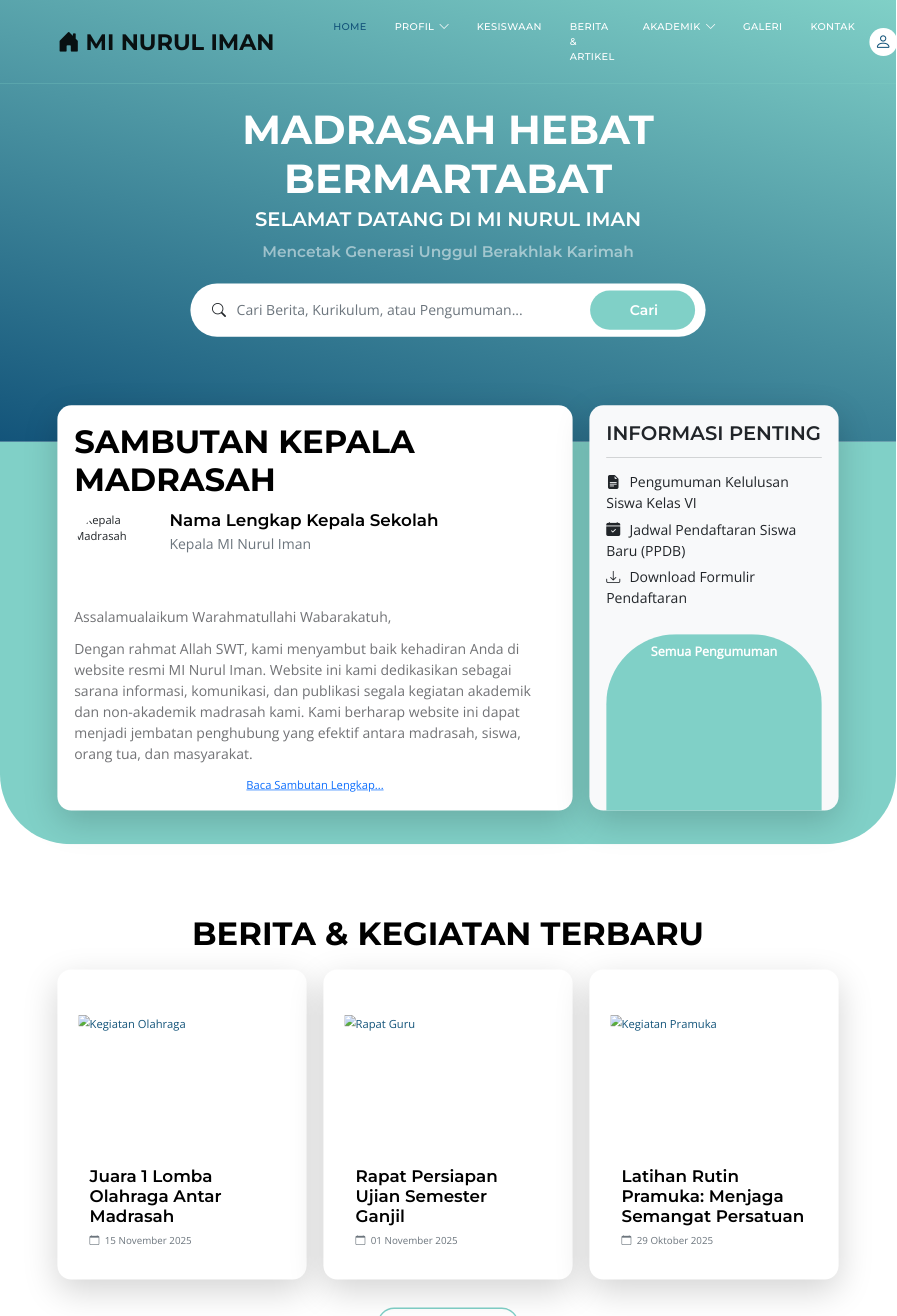
Repository: MKennyChaniago/sekolah-mi-nurul-iman
Page: http://localhost/
An editor plug-in stored every save of this project. The page is shown before and after the next save, followed by the edit.
The browser window is 1280 px wide. The page is 1282 px wide, so the pictures cover 1282 px, including what lies to the right of the window. The pictures show the part of the page from y = 0 to 1880 px (the page is 4553 px tall before and 4625 px after), at 70% of full size.
The page is served by the project's Laravel application, run on PHP 8.4 with Laravel 12. Other server files are loaded and not shown.

Above is the page before, as saved 2025-11-24 08:12:32.
Console error: TypeError: Cannot read properties of undefined (reading 'top')

### routes/web.php
<?php

// routes/web.php

use Illuminate\Support\Facades\Route;
use App\Http\Controllers\HomeController;
// use App\Http\Controllers\AdminController; // Akan digunakan nanti

// Route Utama (Home)
Route::get('/', [HomeController::class, 'index'])->name('home');

// Route untuk Halaman Daftar Berita/Artikel (Topics Listing)
Route::get('/berita', function () {
    return view('berita.listing');
})->name('berita.listing');

// Route untuk Halaman Detail Berita/Artikel (Topics Detail)
// {slug} adalah parameter dinamis yang akan menentukan artikel mana yang dibuka
Route::get('/berita/{slug}', function ($slug) {
    return view('berita.detail', compact('slug'));
})->name('berita.detail');

// Route untuk Halaman Kontak Mandiri (Contact Form)
Route::get('/kontak', function () {
    return view('kontak');
})->name('kontak');

// Route Login Admin
Route::get('/admin/login', function () {
    return view('admin.login');
})->name('admin.login');

### resources/views/home.blade.php
@extends('layouts.frontend')

@section('title', 'Beranda')

@section('content')

    <section class="hero-section d-flex justify-content-center align-items-center" id="section_1">
        <div class="container">
            <div class="row">
                <div class="col-lg-8 col-12 mx-auto">
                    <h1 class="text-white text-center">MADRASAH HEBAT BERMARTABAT</h1>
                    <h4 class="text-white text-center">SELAMAT DATANG DI MI NURUL IMAN</h4>
                    <h6 class="text-center text-white-50 mt-3">Mencetak Generasi Unggul Berakhlak Karimah</h6>

                    <form method="get" class="custom-form mt-4 pt-2 mb-lg-0 mb-5" action="#" role="search">
                        <div class="input-group input-group-lg">
                            <span class="input-group-text bi-search" id="basic-addon1"></span>
                            <input name="keyword" type="search" class="form-control" id="keyword" placeholder="Cari Berita, Kurikulum, atau Pengumuman..." aria-label="Search">
                            <button type="submit" class="form-control">Cari</button>
                        </div>
                    </form>

                </div>
            </div>
        </div>
    </section>

    <section class="featured-section py-5">
        <div class="container">
            <div class="row justify-content-center">

                <div class="col-lg-8 col-12 mb-4 mb-lg-0">
                    <div class="custom-block bg-white shadow-lg p-4">
                        <h2 class="mb-3">SAMBUTAN KEPALA MADRASAH</h2>
                        <div class="d-flex mb-3">
                            <img src="{{ asset('images/kepala-madrasah.jpg') }}" class="img-fluid me-3 rounded-circle" style="width: 120px; height: 120px; object-fit: cover;" alt="Kepala Madrasah">
                            <div>
                                <h5 class="mb-1">Nama Lengkap Kepala Sekolah</h5>
                                <p class="text-muted">Kepala MI Nurul Iman</p>
                            </div>
                        </div>

                        <p>Assalamualaikum Warahmatullahi Wabarakatuh,</p>
                        <p>Dengan rahmat Allah SWT, kami menyambut baik kehadiran Anda di website resmi MI Nurul Iman. Website ini kami dedikasikan sebagai sarana informasi, komunikasi, dan publikasi segala kegiatan akademik dan non-akademik madrasah kami. Kami berharap website ini dapat menjadi jembatan penghubung yang efektif antara madrasah, siswa, orang tua, dan masyarakat.</p>
                        <a href="#" class="btn btn-link p-0">Baca Sambutan Lengkap...</a>
                    </div>
                </div>

                <div class="col-lg-4 col-12">
                    <div class="custom-block custom-block-overlay p-4 bg-light shadow-lg">
                        <h4 class="mb-3 text-dark">INFORMASI PENTING</h4>
                        <hr>
                        <ul class="list-unstyled">
                             <li><a href="#" class="text-dark d-block py-1"><i class="bi-file-earmark-text-fill me-2"></i> Pengumuman Kelulusan Siswa Kelas VI</a></li>
                             <li><a href="#" class="text-dark d-block py-1"><i class="bi-calendar-check-fill me-2"></i> Jadwal Pendaftaran Siswa Baru (PPDB)</a></li>
                             <li><a href="#" class="text-dark d-block py-1"><i class="bi-download me-2"></i> Download Formulir Pendaftaran</a></li>
                        </ul>
                        <a href="#" class="btn custom-btn btn-sm mt-3">Semua Pengumuman</a>
                    </div>
                </div>

            </div>
        </div>
    </section>

    <section class="explore-section section-padding bg-white" id="berita-artikel">
        <div class="container">
            <div class="row">
                <div class="col-12 text-center">
                    <h2 class="mb-4">BERITA & KEGIATAN TERBARU</h2>
                </div>
            </div>
        </div>

        <div class="container">
            <div class="row">
                <div class="col-12">
                    <div class="row">
                        <div class="col-lg-4 col-md-6 col-12 mb-4">
                            <div class="custom-block bg-white shadow-lg">
                                <a href="#">
                                    <img src="{{ asset('images/berita/kegiatan-olahraga.jpg') }}" class="custom-block-image img-fluid" alt="Kegiatan Olahraga">
                                    <div class="d-flex p-3">
                                        <div>
                                            <h5 class="mb-2">Juara 1 Lomba Olahraga Antar Madrasah</h5>
                                            <p class="mb-0 text-muted small"><i class="bi-calendar me-1"></i> 15 November 2025</p>
                                        </div>
                                    </div>
                                </a>
                            </div>
                        </div>
                        <div class="col-lg-4 col-md-6 col-12 mb-4">
                            <div class="custom-block bg-white shadow-lg">
                                <a href="#">
                                    <img src="{{ asset('images/berita/rapat-guru.jpg') }}" class="custom-block-image img-fluid" alt="Rapat Guru">
                                    <div class="d-flex p-3">
                                        <div>
                                            <h5 class="mb-2">Rapat Persiapan Ujian Semester Ganjil</h5>
                                            <p class="mb-0 text-muted small"><i class="bi-calendar me-1"></i> 01 November 2025</p>
                                        </div>
                                    </div>
                                </a>
                            </div>
                        </div>
                        <div class="col-lg-4 col-md-6 col-12 mb-4">
                            <div class="custom-block bg-white shadow-lg">
                                <a href="#">
                                    <img src="{{ asset('images/berita/pramuka.jpg') }}" class="custom-block-image img-fluid" alt="Kegiatan Pramuka">
                                    <div class="d-flex p-3">
                                        <div>
                                            <h5 class="mb-2">Latihan Rutin Pramuka: Menjaga Semangat Persatuan</h5>
                                            <p class="mb-0 text-muted small"><i class="bi-calendar me-1"></i> 29 Oktober 2025</p>
                                        </div>
                                    </div>
                                </a>
                            </div>
                        </div>

                        <div class="col-12 text-center mt-3">
                             <a href="#" class="btn custom-btn custom-border-btn">Lihat Semua Berita</a>
                        </div>
                    </div>
                </div>
            </div>
        </div>
    </section>

    <section class="timeline-section section-padding" id="visi-misi">
        <div class="section-overlay"></div>
        <div class="container">
            <div class="row">
                <div class="col-12 text-center">
                    <h2 class="text-white mb-4">Visi & Misi MI Nurul Iman</h1>
                </div>

                <div class="col-lg-10 col-12 mx-auto">
                    <div class="timeline-container">
                        <ul class="vertical-scrollable-timeline" id="vertical-scrollable-timeline">
                            <div class="list-progress">
                                <div class="inner"></div>
                            </div>

                            <li>
                                <h4 class="text-white mb-3">Visi Madrasah</h4>
                                <p class="text-white">Menjadi madrasah unggul yang melahirkan generasi cerdas, mandiri, dan berakhlak mulia di era digital.</p>
                                <div class="icon-holder">
                                  <i class="bi-brightness-high"></i>
                                </div>
                            </li>

                            <li>
                                <h4 class="text-white mb-3">Misi 1: Keunggulan Akademik</h4>
                                <p class="text-white">Meningkatkan mutu pembelajaran berbasis teknologi untuk mencapai prestasi akademik yang optimal.</p>
                                <div class="icon-holder">
                                  <i class="bi-book"></i>
                                </div>
                            </li>

                            <li>
                                <h4 class="text-white mb-3">Misi 2: Pembentukan Karakter</h4>
                                <p class="text-white">Membentuk peserta didik yang berkarakter islami, memiliki kedisiplinan tinggi, dan bertanggung jawab terhadap lingkungan.</p>
                                <div class="icon-holder">
                                  <i class="bi-people-fill"></i>
                                </div>
                            </li>
                        </ul>
                    </div>
                </div>

                <div class="col-12 text-center mt-5">
                    <a href="#" class="btn custom-btn custom-border-btn ms-3">Lihat Profil Lengkap</a>
                </div>
            </div>
        </div>
    </section>

    <section class="faq-section section-padding" id="galeri">
        <div class="container">
            <div class="row">
                <div class="col-lg-12 col-12 text-center">
                    <h2 class="mb-5">GALERI KEGIATAN</h2>
                </div>

                <div class="col-lg-4 col-md-6 col-12 mb-4">
                    <img src="{{ asset('images/galeri/foto1.jpg') }}" class="img-fluid rounded shadow-sm" alt="Galeri 1">
                </div>
                <div class="col-lg-4 col-md-6 col-12 mb-4">
                    <img src="{{ asset('images/galeri/foto2.jpg') }}" class="img-fluid rounded shadow-sm" alt="Galeri 2">
                </div>
                <div class="col-lg-4 col-md-6 col-12 mb-4">
                    <img src="{{ asset('images/galeri/foto3.jpg') }}" class="img-fluid rounded shadow-sm" alt="Galeri 3">
                </div>

                <div class="col-12 text-center mt-3">
                     <a href="#" class="btn custom-btn custom-border-btn">Lihat Semua Foto & Video</a>
                </div>

            </div>
        </div>
    </section>


    <section class="contact-section section-padding section-bg" id="contact-section">
        <div class="container">
            <div class="row">
                <div class="col-lg-12 col-12 text-center">
                    <h2 class="mb-5">HUBUNGI KAMI</h2>
                </div>

                <div class="col-lg-5 col-12 mb-4 mb-lg-0">
                    <iframe class="google-map" src="https://maps.google.com/maps?q=Nama%20Sekolah%20Anda&t=&z=13&ie=UTF8&iwloc=&output=embed" width="100%" height="350" style="border:0;" allowfullscreen="" loading="lazy" referrerpolicy="no-referrer-when-downgrade"></iframe>
                </div>

                <div class="col-lg-7 col-12 ms-auto">
                    <h4 class="mb-3">MI NURUL IMAN</h4>

                    <p class="d-flex align-items-center mb-2">
                        <i class="bi-geo-alt me-2"></i>
                        Jl. Nama Jalan Sekolah Anda No. XXX, Kota Anda
                    </p>

                    <p class="d-flex align-items-center mb-2">
                        <i class="bi-telephone me-2"></i>
                        <a href="tel:1234567890" class="site-footer-link">123-456-7890 (Telepon Kantor)</a>
                    </p>

                    <p class="d-flex align-items-center mb-2">
                        <i class="bi-envelope me-2"></i>
                        <a href="mailto:info@minuruliman.sch.id" class="site-footer-link">info@minuruliman.sch.id</a>
                    </p>

                    <h4 class="mt-4 mb-3">Media Sosial</h4>
                    <ul class="social-icon">
                        <li class="social-icon-item"><a href="#" class="social-icon-link bi-facebook"></a></li>
                        <li class="social-icon-item"><a href="#" class="social-icon-link bi-twitter"></a></li>
                        <li class="social-icon-item"><a href="#" class="social-icon-link bi-instagram"></a></li>
                        <li class="social-icon-item"><a href="#" class="social-icon-link bi-youtube"></a></li>
                    </ul>
                </div>
            </div>
        </div>
    </section>

@endsection

### resources/views/layouts/frontend.blade.php
<!doctype html>
<html lang="id">
    <head>
        <meta charset="utf-8">
        <meta name="viewport" content="width=device-width, initial-scale=1">

        <meta name="description" content="Website Resmi Madrasah Ibtidaiyah Nurul Iman. Informasi PPDB, Kurikulum, dan Kegiatan Siswa.">
        <meta name="author" content="MI Nurul Iman Developer Team">

        <title>MI Nurul Iman | @yield('title', 'Beranda')</title>

        <link rel="preconnect" href="https://fonts.googleapis.com">
        <link rel="preconnect" href="https://fonts.gstatic.com" crossorigin>

        <link href="https://fonts.googleapis.com/css2?family=Montserrat:wght@500;600;700&family=Open+Sans&display=swap" rel="stylesheet">

        <link href="{{ asset('css/bootstrap.min.css') }}" rel="stylesheet">
        <link href="{{ asset('css/bootstrap-icons.css') }}" rel="stylesheet">
        <link href="{{ asset('css/templatemo-topic-listing.css') }}" rel="stylesheet">

        @yield('styles')
    </head>

    <body id="top">

        <main>

            <nav class="navbar navbar-expand-lg">
                <div class="container">
                    <a class="navbar-brand" href="{{ route('home') }}">
                        <i class="bi-house-door-fill"></i>
                        <span>MI NURUL IMAN</span>
                    </a>

                    <div class="d-lg-none ms-auto me-4">
                        <a href="{{ route('admin.login') }}" class="navbar-icon bi-person smoothscroll" title="Login Admin"></a>
                    </div>

                    <button class="navbar-toggler" type="button" data-bs-toggle="collapse" data-bs-target="#navbarNav" aria-controls="navbarNav" aria-expanded="false" aria-label="Toggle navigation">
                        <span class="navbar-toggler-icon"></span>
                    </button>

                    <div class="collapse navbar-collapse" id="navbarNav">
                        <ul class="navbar-nav ms-lg-5 me-lg-auto">

                            <li class="nav-item">
                                <a class="nav-link click-scroll" href="{{ route('home') }}">HOME</a>
                            </li>

                            <li class="nav-item dropdown">
                                <a class="nav-link dropdown-toggle" href="#" id="profilDropdown" role="button" data-bs-toggle="dropdown" aria-expanded="false">PROFIL</a>
                                <ul class="dropdown-menu dropdown-menu-light" aria-labelledby="profilDropdown">
                                    <li><a class="dropdown-item" href="#">Sejarah Madrasah</a></li>
                                    <li><a class="dropdown-item" href="#">Visi & Misi</a></li>
                                    <li><a class="dropdown-item" href="#">Struktur Organisasi</a></li>
                                </ul>
                            </li>

                            <li class="nav-item">
                                <a class="nav-link click-scroll" href="#">KESISWAAN</a>
                            </li>

                            <li class="nav-item">
                                <a class="nav-link click-scroll" href="#berita-artikel">BERITA & ARTIKEL</a>
                            </li>

                            <li class="nav-item dropdown">
                                <a class="nav-link dropdown-toggle" href="#" id="akademikDropdown" role="button" data-bs-toggle="dropdown" aria-expanded="false">AKADEMIK</a>
                                <ul class="dropdown-menu dropdown-menu-light" aria-labelledby="akademikDropdown">
                                    <li><a class="dropdown-item" href="#">Kurikulum</a></li>
                                    <li><a class="dropdown-item" href="#">Guru & Staff</a></li>
                                    <li><a class="dropdown-item" href="#">Produk Hukum</a></li>
                                </ul>
                            </li>

                            <li class="nav-item">
                                <a class="nav-link click-scroll" href="#galeri">GALERI</a>
                            </li>

                            <li class="nav-item">
                                <a class="nav-link click-scroll" href="#contact-section">KONTAK</a>
                            </li>

                        </ul>

                        <div class="d-none d-lg-block">
                            <a href="{{ route('admin.login') }}" class="navbar-icon bi-person smoothscroll" title="Login Admin"></a>
                        </div>
                    </div>
                </div>
            </nav>
            @yield('content')


        </main>

        <footer class="site-footer section-padding">
            <div class="container">
                <div class="row">

                    <div class="col-lg-3 col-12 mb-4 pb-2">
                        <a class="navbar-brand mb-2" href="{{ route('home') }}">
                            <i class="bi-house-door-fill"></i>
                            <span>MI Nurul Iman</span>
                        </a>
                        <p class="text-white-50 mt-3">Jl. Nama Jalan Sekolah Anda, Kota Anda.</p>
                        <p class="text-white-50">Email: info@minuruliman.sch.id</p>
                    </div>

                    <div class="col-lg-3 col-md-4 col-6">
                        <h6 class="site-footer-title mb-3">Tautan Cepat</h6>
                        <ul class="site-footer-links">
                            <li class="site-footer-link-item"><a href="{{ route('home') }}" class="site-footer-link">Home</a></li>
                            <li class="site-footer-link-item"><a href="#" class="site-footer-link">PPDB Online</a></li>
                            <li class="site-footer-link-item"><a href="#berita-artikel" class="site-footer-link">Berita Terbaru</a></li>
                            <li class="site-footer-link-item"><a href="#contact-section" class="site-footer-link">Kontak</a></li>
                        </ul>
                    </div>

                    <div class="col-lg-3 col-md-4 col-6 mb-4 mb-lg-0">
                        <h6 class="site-footer-title mb-3">Kontak Kami</h6>
                        <p class="text-white d-flex mb-1">
                            <i class="bi-telephone me-2"></i>
                            <a href="tel: 123-456-7890" class="site-footer-link">123-456-7890 (Kantor)</a>
                        </p>
                        <p class="text-white d-flex">
                            <i class="bi-envelope me-2"></i>
                            <a href="mailto:info@minuruliman.sch.id" class="site-footer-link">info@minuruliman.sch.id</a>
                        </p>
                    </div>

                    <div class="col-lg-3 col-md-4 col-12 mt-4 mt-lg-0 ms-auto">
                        <div class="dropdown">
                            <button class="btn btn-secondary dropdown-toggle" type="button" data-bs-toggle="dropdown" aria-expanded="false">
                            Indonesia</button>
                            <ul class="dropdown-menu">
                                <li><button class="dropdown-item" type="button">English</button></li>
                            </ul>
                        </div>

                        <p class="copyright-text mt-lg-5 mt-4">Copyright © {{ date('Y') }} MI Nurul Iman. All rights reserved.
                        <br><br>Design Template: <a rel="nofollow" href="https://templatemo.com" target="_blank">TemplateMo</a></p>

                    </div>

                </div>
            </div>
        </footer>


        <script src="{{ asset('js/jquery.min.js') }}"></script>
        <script src="{{ asset('js/bootstrap.bundle.min.js') }}"></script>
        <script src="{{ asset('js/jquery.sticky.js') }}"></script>
        <script src="{{ asset('js/click-scroll.js') }}"></script>
        <script src="{{ asset('js/custom.js') }}"></script>

        @yield('scripts')
    </body>
</html>

Loaded but not shown: app/Http/Controllers/HomeController.php (common file); app/Http/Controllers/Controller.php (common file); public/css/bootstrap.min.css (library); public/css/bootstrap-icons.css (library); public/js/jquery.min.js (library); public/js/bootstrap.bundle.min.js (library); public/js/jquery.sticky.js (library); public/js/custom.js (51 lines, source omitted); public/js/click-scroll.js (37 lines, source omitted); public/css/templatemo-topic-listing.css (1154 lines, source omitted)

After the next save:
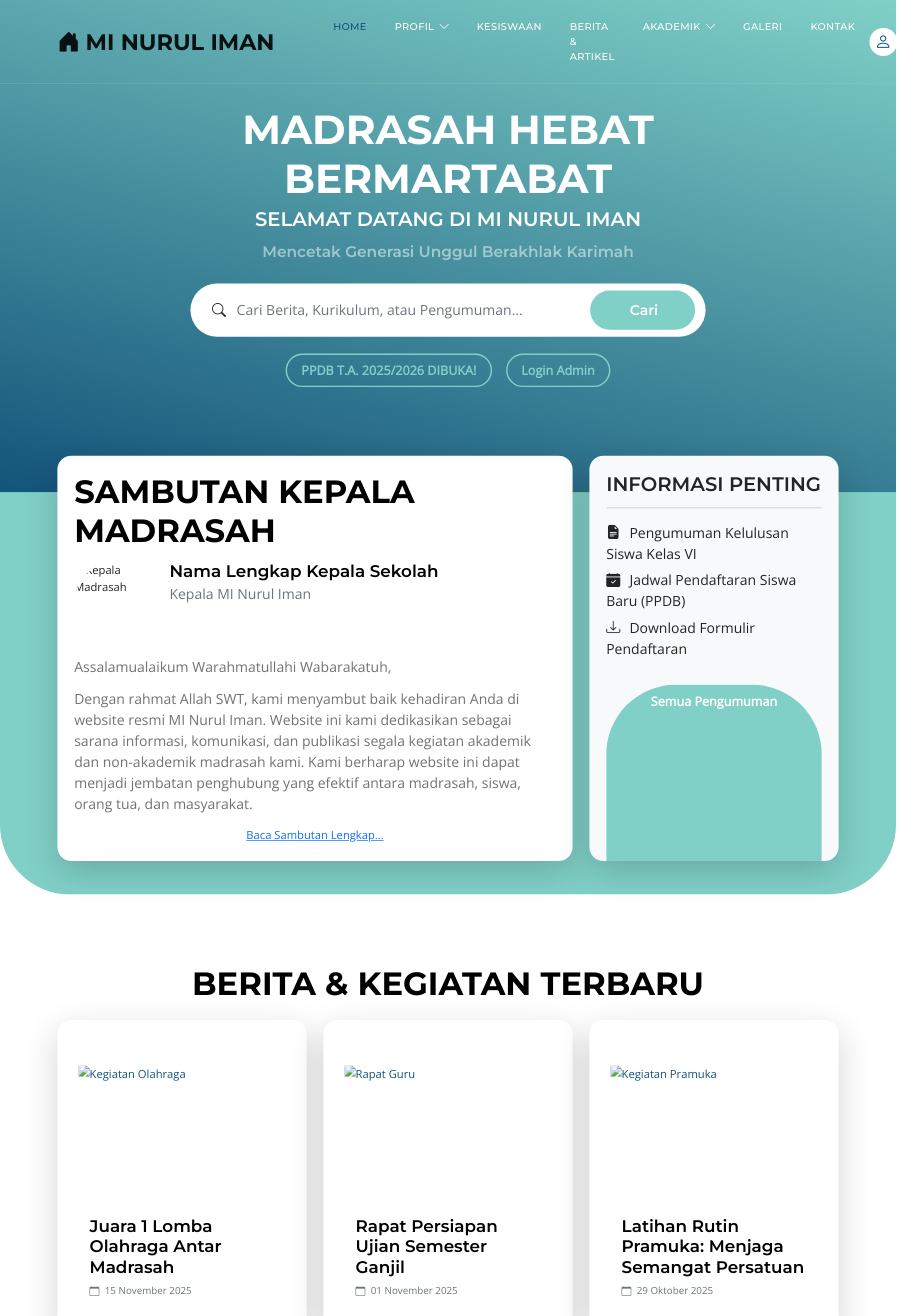
Saved 55 s later.
--- a/resources/views/home.blade.php
+++ b/resources/views/home.blade.php
@@ -12,7 +12,7 @@
                     <h4 class="text-white text-center">SELAMAT DATANG DI MI NURUL IMAN</h4>
                     <h6 class="text-center text-white-50 mt-3">Mencetak Generasi Unggul Berakhlak Karimah</h6>
 
-                    <form method="get" class="custom-form mt-4 pt-2 mb-lg-0 mb-5" action="#" role="search">
+                    <form method="get" class="custom-form mt-4 pt-2 mb-lg-0 mb-3" action="#" role="search">
                         <div class="input-group input-group-lg">
                             <span class="input-group-text bi-search" id="basic-addon1"></span>
                             <input name="keyword" type="search" class="form-control" id="keyword" placeholder="Cari Berita, Kurikulum, atau Pengumuman..." aria-label="Search">
@@ -20,7 +20,12 @@
                         </div>
                     </form>
 
-                </div>
+                    <div class="text-center mt-4">
+                        <a href="{{ route('kontak') }}" class="btn btn-warning custom-btn custom-border-btn me-3">PPDB T.A. 2025/2026 DIBUKA!</a>
+
+                        <a href="{{ route('admin.login') }}" class="btn custom-btn custom-border-btn">Login Admin</a>
+                    </div>
+                    </div>
             </div>
         </div>
     </section>
